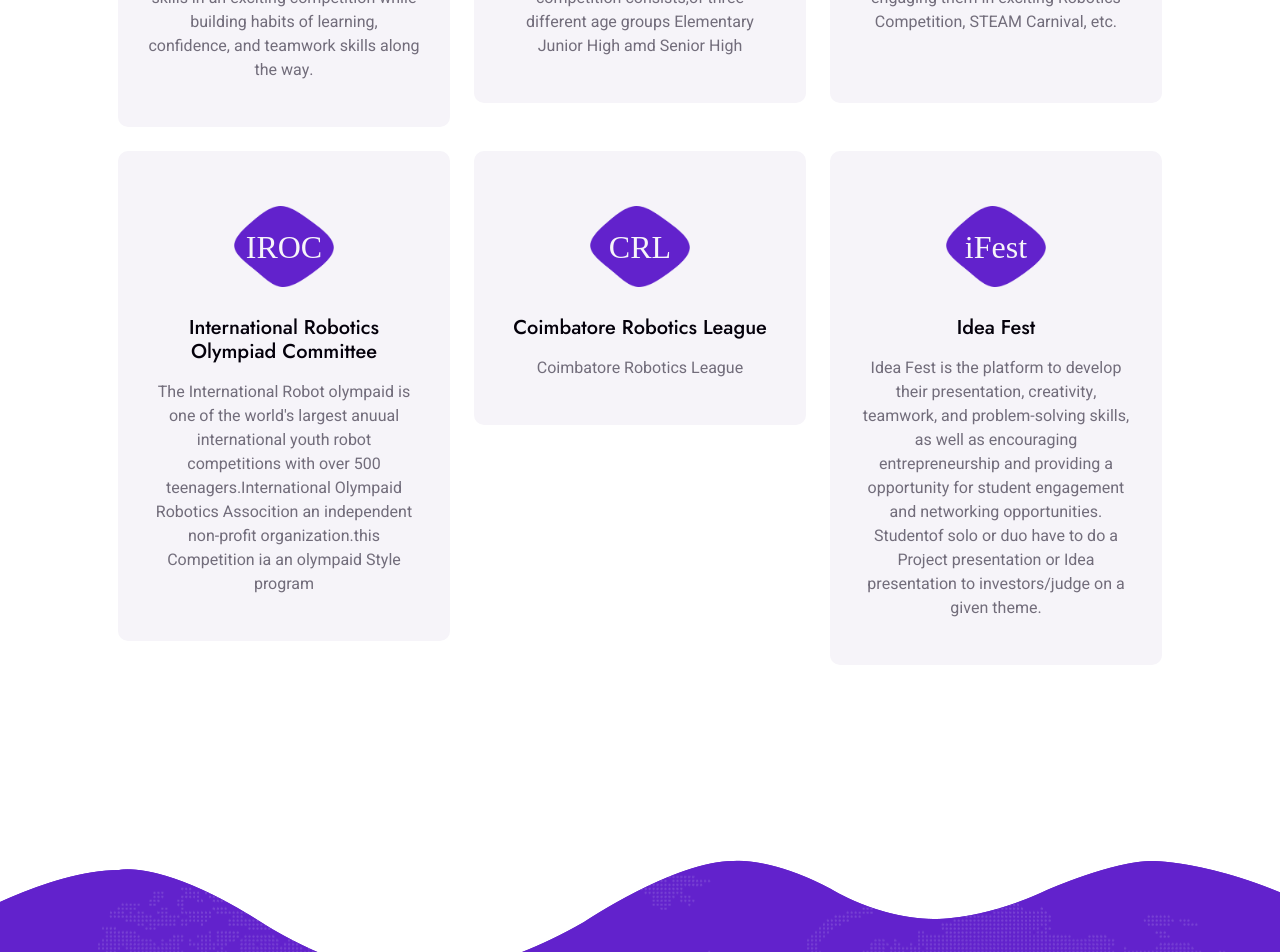
Repository: sabithaece/sab-006
Page: competition.html
An editor plug-in stored every save of this project. The page is shown before and after the next save, followed by the edit.
The browser window is 1280 px wide. The pictures show the part of the page from y = 1172 to 2124 px (the page is 2622 px tall).
A picture or video elsewhere on the page could not be fetched, so the positions and the page height are approximate. Some web libraries are served in a nearby version.

Above is the page before, as saved 2023-04-08 11:50:05.

After the next save:
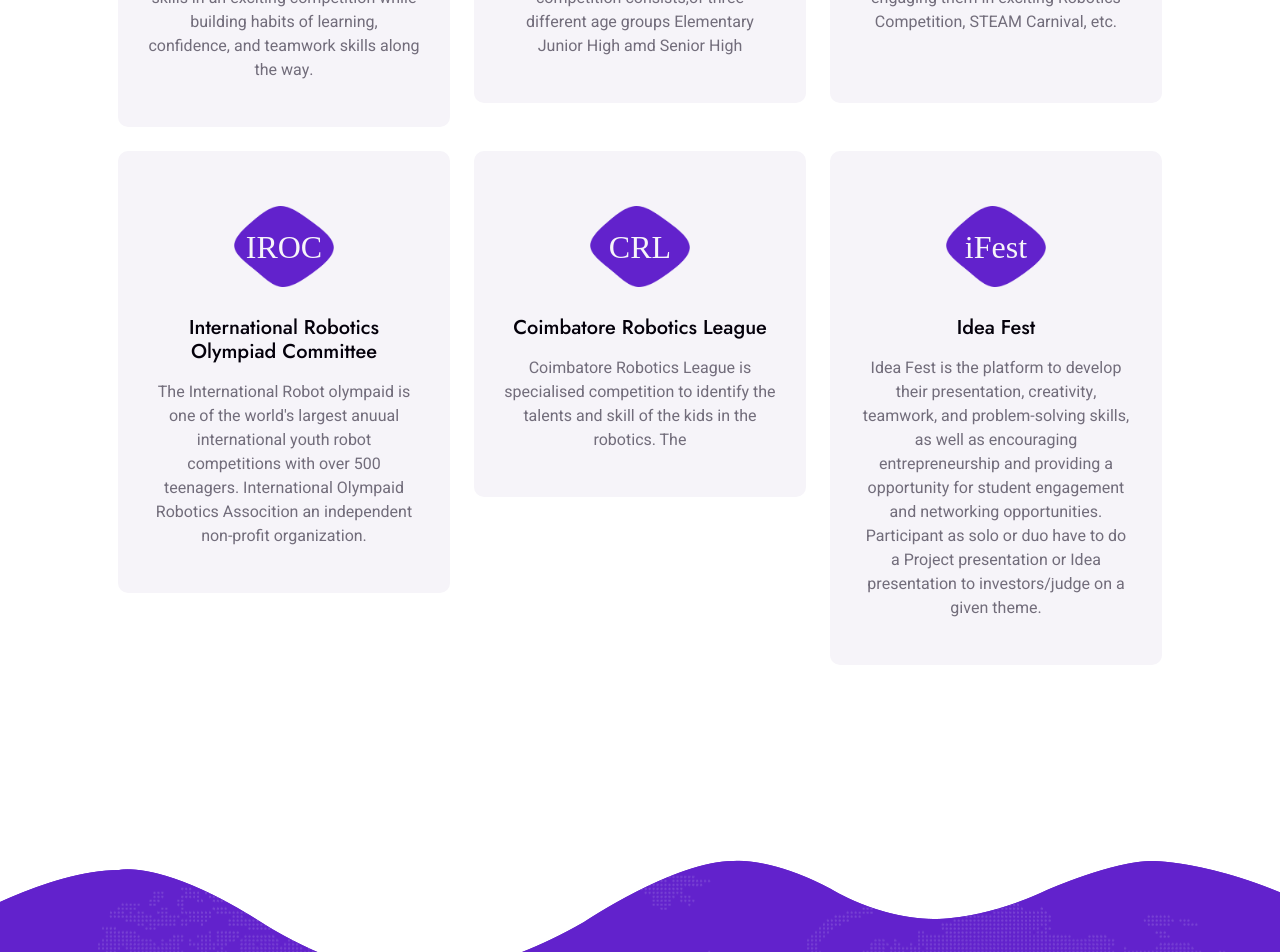
Saved 11 min 54 s later.
--- a/competition.html
+++ b/competition.html
@@ -148,7 +148,7 @@
                                 <!-- <i class="fa fa-mail-bulk fa-2x"></i> -->
                             </div>
                             <h5 class="mb-3">International Robotics Olympiad Committee</h5>
-                            <p class="m-0">The International Robot olympaid is one of the world's largest anuual international youth robot competitions with over 500 teenagers.International Olympaid Robotics Assocition an independent non-profit organization.this Competition ia an olympaid Style program </p>
+                            <p class="m-0">The International Robot olympaid is one of the world's largest anuual international youth robot competitions with over 500 teenagers. International Olympaid Robotics Assocition an independent non-profit organization.</p>
                             <a class="btn btn-square" href=""><i class="fa fa-arrow-right"></i></a>
                         </div>
                     </div>
@@ -159,7 +159,7 @@
                                 <!-- <i class="fa fa-thumbs-up fa-2x"></i> -->
                             </div>
                             <h5 class="mb-3">Coimbatore Robotics League</h5>
-                            <p class="m-0">Coimbatore Robotics League</p>
+                            <p class="m-0">Coimbatore Robotics League is specialised competition to identify the talents and skill of the kids in the robotics. The  </p>
                             <a class="btn btn-square" href=""><i class="fa fa-arrow-right"></i></a>
                         </div>
                     </div>
@@ -171,7 +171,7 @@
                             </div>
                             <h5 class="mb-3">Idea Fest</h5>
                             <p class="m-0">Idea Fest is the platform to develop their presentation, creativity, teamwork, and problem-solving skills, as well as encouraging entrepreneurship and providing a opportunity for student engagement and networking opportunities.
-                                Studentof solo or duo have to do a Project presentation or Idea presentation to investors/judge on a given theme. </p>
+                                Participant as  solo or duo have to do a Project presentation or Idea presentation to investors/judge on a given theme. </p>
                             <a class="btn btn-square" href=""><i class="fa fa-arrow-right"></i></a>
                         </div>
                     </div>
